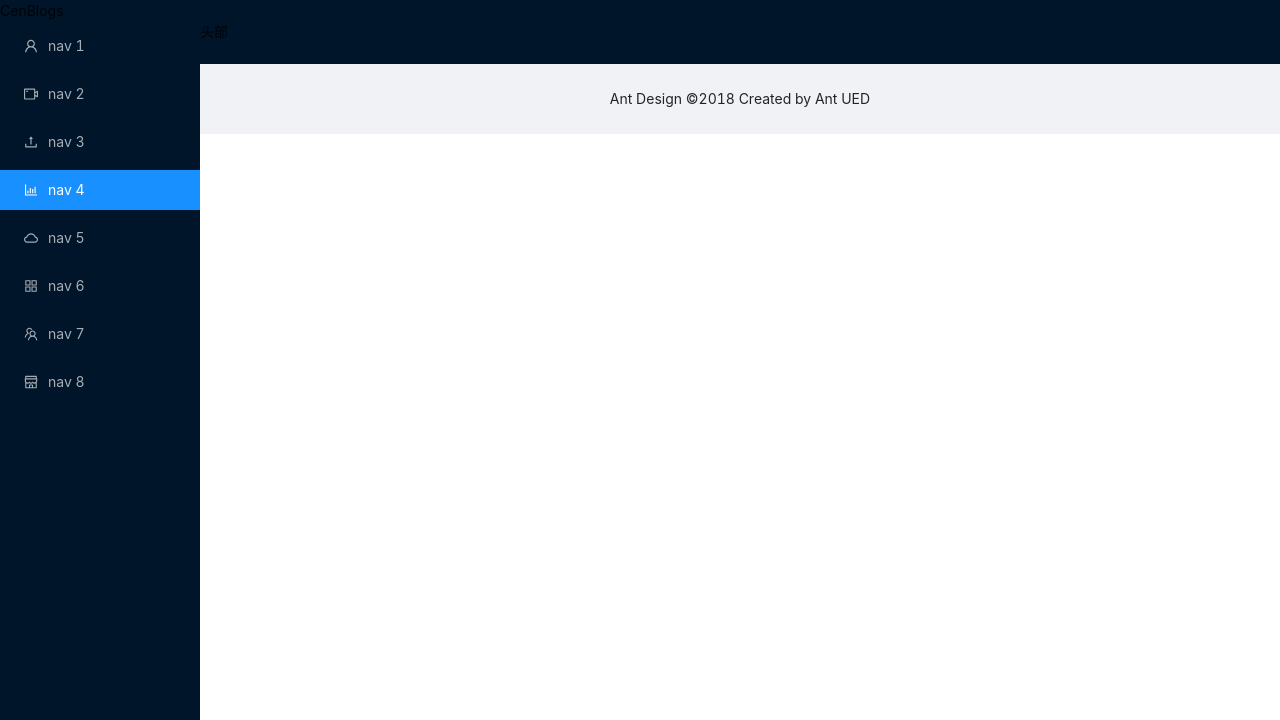
Repository: CBH20010703/BlogsAntd
Page: /
The author's editor kept a copy of each file at every save. The page is drawn from the files as they stood at one save, then again after the next save.
The browser window is 1280 px wide. The pictures show the whole page.
The project was rebuilt for these pictures with package versions that can differ from the ones it lists, and the page was loaded fresh each time. Also part of the build but not shown: src/view/Home/Home.css, src/view/Home/Home.jsx, src/view/404/Error.jsx, src/router/RouterMap.js.

Above is the page before, as saved 2021-06-20 22:41:27.

### src/index.js
import React from 'react';
import ReactDOM from 'react-dom';
import './index.css';
import App from './App';



ReactDOM.render(<App />,document.getElementById('root'));

### src/App.js
import './App.css';
import { React, Component } from "react";
import Headers from './component/Header/Headers';
import MenuList from './component/Menu/MenuList';
import RouterMap from './router/RouterMap';
import { Layout} from 'antd';

const {  Content, Footer, Sider } = Layout;
export default class  App extends Component {
  constructor(props) {
    super(props);
    this.state = {  collapsed: false, }
  }
   toggle = () => {
    this.setState({
      collapsed: !this.state.collapsed,
    });
  };
  render() {
    return (
      <Layout>
    <Sider
      style={{
        overflow: 'auto',
        height: '100vh',
        position: 'fixed',
        left: 0,
      }}
    >
       <MenuList/>
    </Sider>
    <Layout className="site-layout" style={{ marginLeft: 200 }}>
      <Headers></Headers>
      {/* <Content style={{ margin: '24px 16px 0', overflow: 'initial',height:"100vh" }}>
          <RouterMap />
      </Content> */}
      <Footer style={{ textAlign: 'center' }}>Ant Design ©2018 Created by Ant UED</Footer>
    </Layout>
  </Layout>
    );
  }
}

### src/component/Header/Headers.jsx
import React, { Component } from 'react'
import { Layout } from 'antd';
const { Header } = Layout;
export default class Headers extends Component {
    render() {
        return (
            <div>
                <Header className="site-layout-background" style={{ padding: 0 }} > 头部</Header>
            </div>
        )
    }
}

### src/component/Menu/MenuList.jsx
import React, { Component } from 'react'
import { Menu } from 'antd';
import {
  AppstoreOutlined,
  BarChartOutlined,
  CloudOutlined,
  ShopOutlined,
  TeamOutlined,
  UserOutlined,
  UploadOutlined,
  VideoCameraOutlined,
} from '@ant-design/icons';
export default class MenuList extends Component {
    render() {
        return (
            <div>
          <div className="logo" >
            CenBlogs
          </div>
      <Menu theme="dark" mode="inline" defaultSelectedKeys={['4']}>
        <Menu.Item key="1" icon={<UserOutlined />}>
          nav 1
        </Menu.Item>
        <Menu.Item key="2" icon={<VideoCameraOutlined />}>
          nav 2
        </Menu.Item>
        <Menu.Item key="3" icon={<UploadOutlined />}>
          nav 3
        </Menu.Item>
        <Menu.Item key="4" icon={<BarChartOutlined />}>
          nav 4
        </Menu.Item>
        <Menu.Item key="5" icon={<CloudOutlined />}>
          nav 5
        </Menu.Item>
        <Menu.Item key="6" icon={<AppstoreOutlined />}>
          nav 6
        </Menu.Item>
        <Menu.Item key="7" icon={<TeamOutlined />}>
          nav 7
        </Menu.Item>
        <Menu.Item key="8" icon={<ShopOutlined />}>
          nav 8
        </Menu.Item>
      </Menu>
            </div>
        )
    }
}

Loaded but not shown: public/index.html (common file); src/index.css (common file); src/App.css (common file)

After the next save:
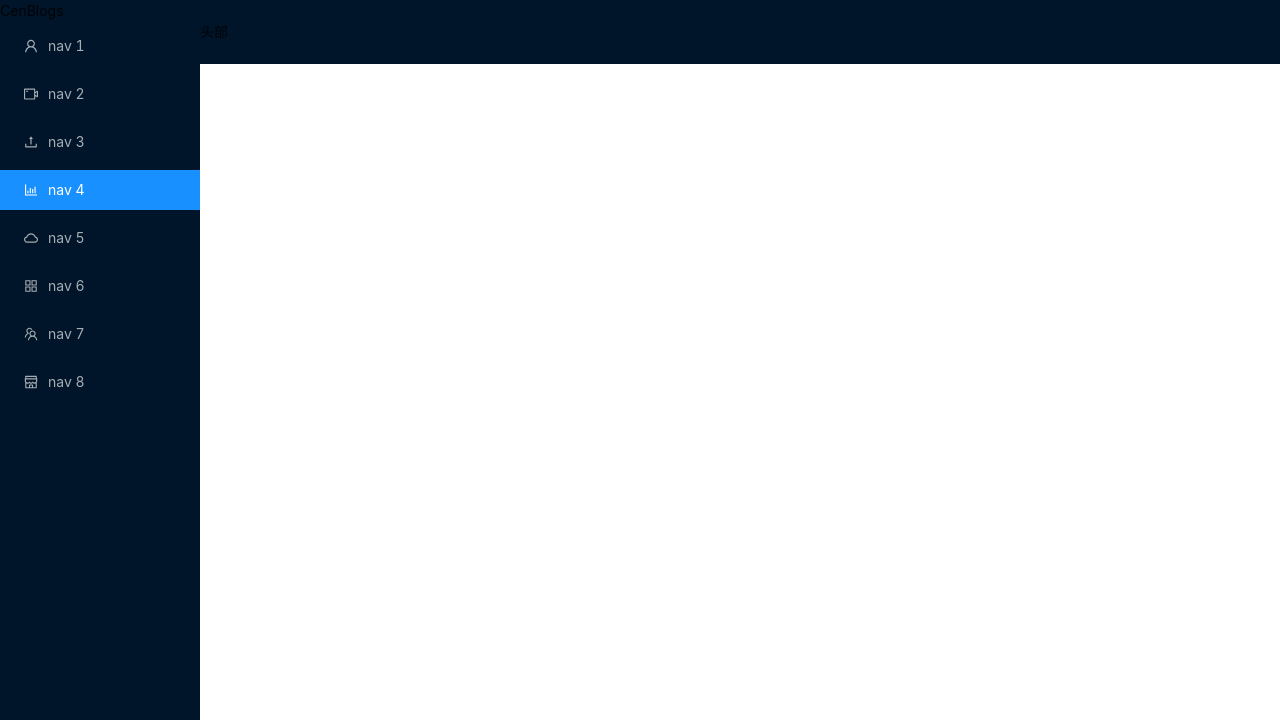
Saved 6 s later.
--- a/src/App.js
+++ b/src/App.js
@@ -34,7 +34,7 @@
       {/* <Content style={{ margin: '24px 16px 0', overflow: 'initial',height:"100vh" }}>
           <RouterMap />
       </Content> */}
-      <Footer style={{ textAlign: 'center' }}>Ant Design ©2018 Created by Ant UED</Footer>
+      {/* <Footer style={{ textAlign: 'center' }}>Ant Design ©2018 Created by Ant UED</Footer> */}
     </Layout>
   </Layout>
     );
